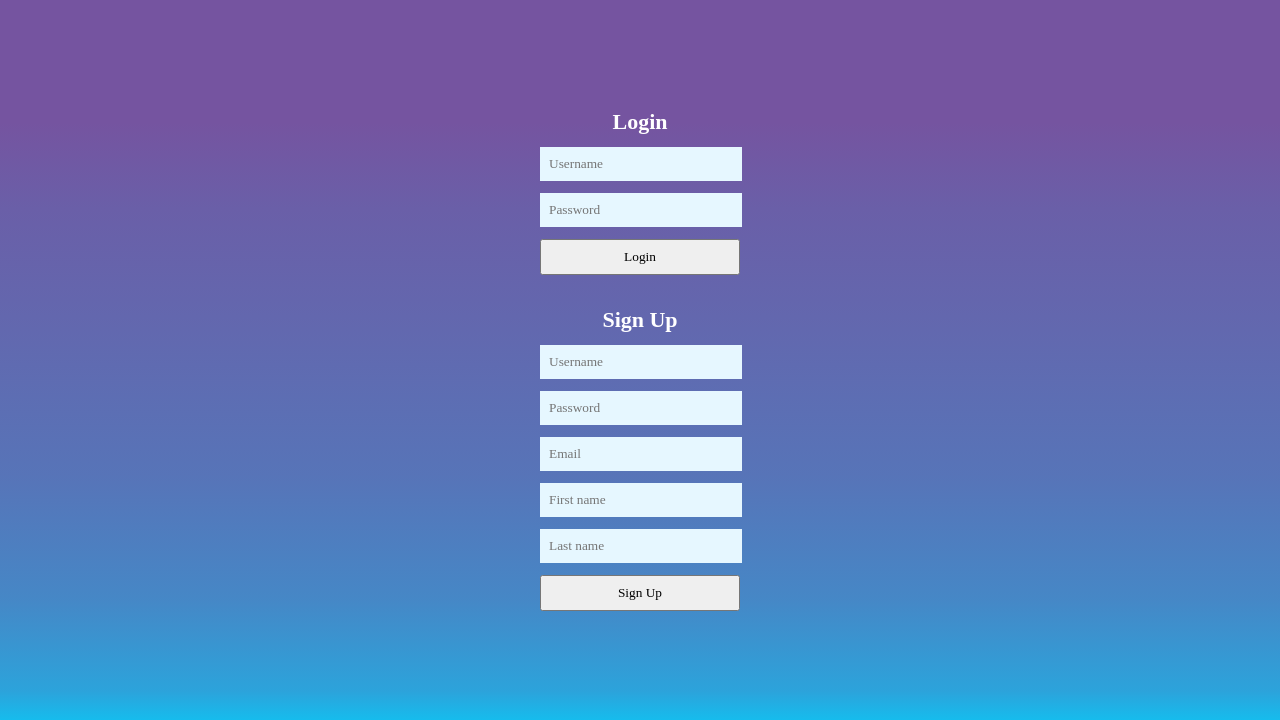
Repository: elqueben/message
Page: / (app in message-app/)
An editor plug-in stored every save of this project. The page is shown before and after a run of saves, followed by the edit.
The browser window is 1280 px wide. The pictures show the whole page.
The project was rebuilt for these pictures with package versions that can differ from the ones it lists, and the page was loaded fresh each time. Also part of the build but not shown: message-app/vite.config.js.

Above is the page before, as saved 2023-05-08 15:27:52.

After the next 2 saves:
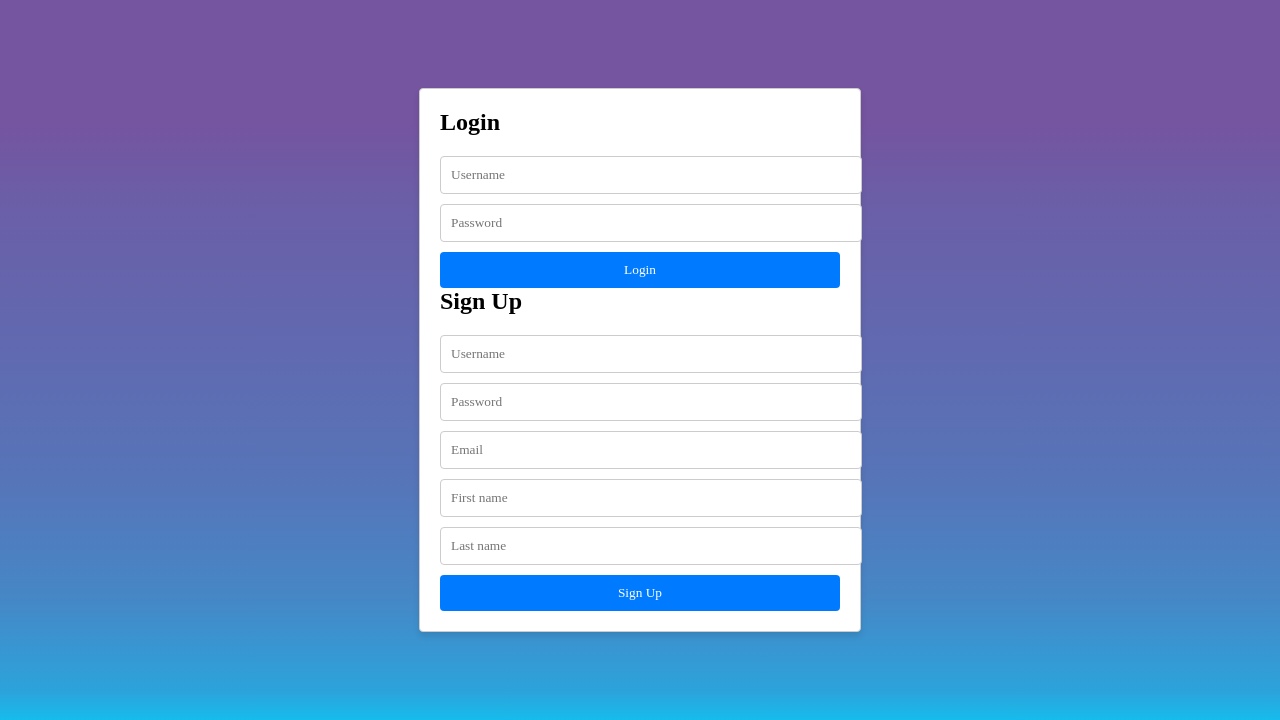
The 2 saves are shown as one change because they came seconds apart.
The last was saved 10 s later.
--- a/message-app/src/style.css
+++ b/message-app/src/style.css
@@ -20,29 +20,48 @@ body {
     rgba(0, 212, 255, 1) 100%
   );
 }
+
+/* Add the Bootstrap classes to the login page elements */
+.login-page {
+  display: flex;
+  justify-content: center;
+  align-items: center;
+  height: 100vh;
+}
+
 .card {
-  width: 200px;
-  position: relative;
-  left: calc(50vw - 100px);
-  text-align: center;
-  padding-top: 6vw;
+  width: 400px;
+  padding: 20px;
+  border: 1px solid #ccc;
+  border-radius: 4px;
+  background-color: #fff;
+  box-shadow: 0 4px 6px rgba(0, 0, 0, 0.1);
 }
+
 .title {
-  padding-top: 32px;
-  font-size: 22px;
-  color: white;
-  font-weight: 700;
+  font-size: 24px;
+  font-weight: bold;
+  margin-bottom: 20px;
 }
+
 input {
-  width: calc(100% - 16px);
-  margin-top: 12px;
-  padding: 8px;
-  background-color: #e6f7ff;
-  outline: none;
-  border: 1px solid #e6f7ff;
+  width: 100%;
+  padding: 10px;
+  margin-bottom: 10px;
+  border: 1px solid #ccc;
+  border-radius: 4px;
 }
+
 button {
-  margin-top: 12px;
   width: 100%;
-  padding: 8px;
+  padding: 10px;
+  background-color: #007bff;
+  color: #fff;
+  border: none;
+  border-radius: 4px;
+  cursor: pointer;
 }
+
+button:hover {
+  background-color: #0056b3;
+}
